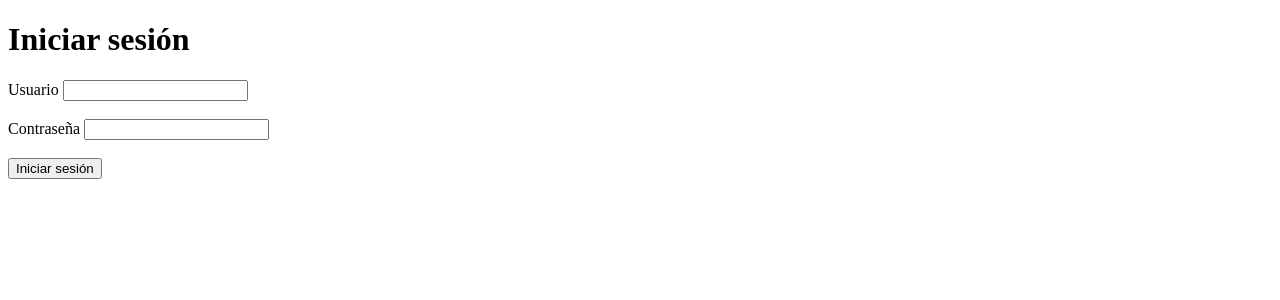
Repository: BayonSD/Ecommerce-Evo
Page: http://localhost/login
An editor plug-in stored every save of this project. The page is shown before and after the next save, followed by the edit.
The browser window is 1280 px wide. The pictures show the whole page.
The page is served by the project's Node server (ecommerce-nodejs/server.js). Other server files are loaded and not shown.

Above is the page before, as saved 2025-03-31 23:36:54.

### ecommerce-nodejs/views/login.ejs
<!DOCTYPE html>
<html lang="es">
<head>
  <meta charset="UTF-8">
  <meta name="viewport" content="width=device-width, initial-scale=1.0">
  <title>Iniciar sesión</title>
</head>
<body>
  <h1>Iniciar sesión</h1>
  <form action="/login" method="POST">
    <label for="username">Usuario</label>
    <input type="text" id="username" name="username" required><br><br>

    <label for="password">Contraseña</label>
    <input type="password" id="password" name="password" required><br><br>

    <button type="submit">Iniciar sesión</button>
  </form>
</body>
</html>

### ecommerce-nodejs/server.js
require("dotenv").config();  // Cargar variables de entorno lo primero
const express = require("express");
const mysql = require("mysql2");
const cors = require("cors");

// Rutas
const authRouter = require('./routes/auth');

const app = express();

// Configurar EJS
app.set("view engine", "ejs");
app.set("views", "./views");

// Middleware
app.use(express.json());
app.use(cors());

// Rutas
app.use("/login", authRouter);

// Verificar que las variables están cargadas
console.log("DB_USER:", process.env.DB_USER);
console.log("DB_PASSWORD:", process.env.DB_PASSWORD ? "Cargada" : "No cargada");

// Conexión a MySQL
const db = mysql.createConnection({
  host: process.env.DB_HOST,
  user: process.env.DB_USER,
  password: process.env.DB_PASSWORD,
  database: process.env.DB_NAME,
});

db.connect((err) => {
  if (err) {
    console.error("Error conectando a MySQL:", err);
    return;
  }
  console.log("Conectado a MySQL");
});

// Ruta principal
app.get("/", (req, res) => {
  res.render("index");
});

// Ruta principal
app.get("/login", (req, res) => {
  res.render("login");
});

// Iniciar servidor
const PORT = process.env.PORT || 3000;
app.listen(PORT, () => {
  console.log(`Servidor corriendo en http://localhost:${PORT}`);
});

### ecommerce-nodejs/controllers/authControllers.js
// controllers/authControllers.js

const mysql = require('mysql2');
const bcrypt = require('bcrypt');
const dotenv = require('dotenv');
dotenv.config();

// Conexión a la base de datos
const db = mysql.createConnection({
  host: process.env.DB_HOST,
  user: process.env.DB_USER,
  password: process.env.DB_PASSWORD,
  database: process.env.DB_NAME,
});

// Mostrar la página de login
exports.showLoginPage = (req, res) => {
  res.render('login');  // Renderiza 'login.ejs' que debe estar en la carpeta 'views'
};

// Manejar el login de usuarios
exports.loginUser = (req, res) => {
  const { email, password } = req.body;

  // Consultar el usuario en la base de datos
  db.query('SELECT * FROM usuarios WHERE email = ?', [email], (err, results) => {
    if (err) {
      console.error('Error en la consulta:', err);
      return res.status(500).send('Error en el servidor');
    }

    if (results.length === 0) {
      return res.status(401).send('Email o contraseña incorrectos');
    }

    const user = results[0];

    // Verificar la contraseña
    bcrypt.compare(password, user.password, (err, isMatch) => {
      if (err) {
        console.error('Error al comparar contraseñas:', err);
        return res.status(500).send('Error en el servidor');
      }

      if (!isMatch) {
        return res.status(401).send('Email o contraseña incorrectos');
      }

      // Usuario autenticado correctamente
      res.send('Usuario autenticado exitosamente');
      // Aquí puedes redirigir al usuario a otra página, como el inicio o su perfil
    });
  });
};

After the next save:
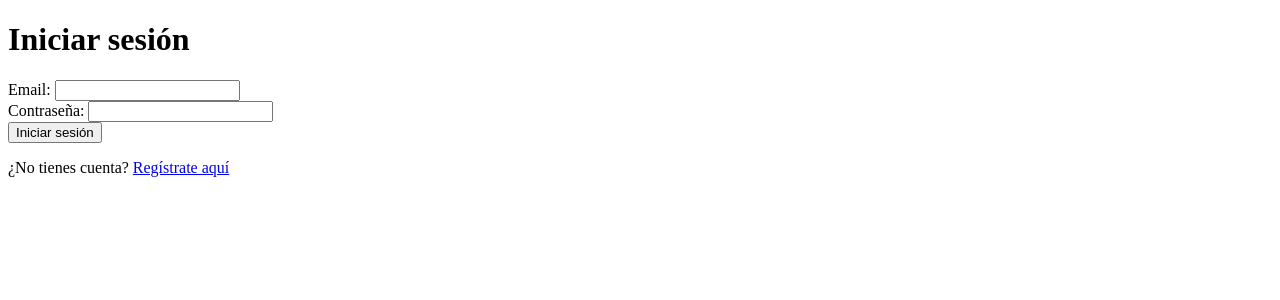
Saved 7 s later.
--- a/ecommerce-nodejs/views/login.ejs
+++ b/ecommerce-nodejs/views/login.ejs
@@ -1,20 +1,27 @@
+<!-- views/login.ejs -->
 <!DOCTYPE html>
 <html lang="es">
 <head>
   <meta charset="UTF-8">
   <meta name="viewport" content="width=device-width, initial-scale=1.0">
-  <title>Iniciar sesión</title>
+  <title>Login</title>
+  <link rel="stylesheet" href="https://cdnjs.cloudflare.com/ajax/libs/font-awesome/5.15.4/css/all.min.css">
 </head>
 <body>
   <h1>Iniciar sesión</h1>
-  <form action="/login" method="POST">
-    <label for="username">Usuario</label>
-    <input type="text" id="username" name="username" required><br><br>
 
-    <label for="password">Contraseña</label>
-    <input type="password" id="password" name="password" required><br><br>
-
+  <form action="/login/login" method="POST">
+    <div>
+      <label for="email">Email:</label>
+      <input type="email" id="email" name="email" required>
+    </div>
+    <div>
+      <label for="password">Contraseña:</label>
+      <input type="password" id="password" name="password" required>
+    </div>
     <button type="submit">Iniciar sesión</button>
   </form>
+
+  <p>¿No tienes cuenta? <a href="/register">Regístrate aquí</a></p>
 </body>
 </html>
